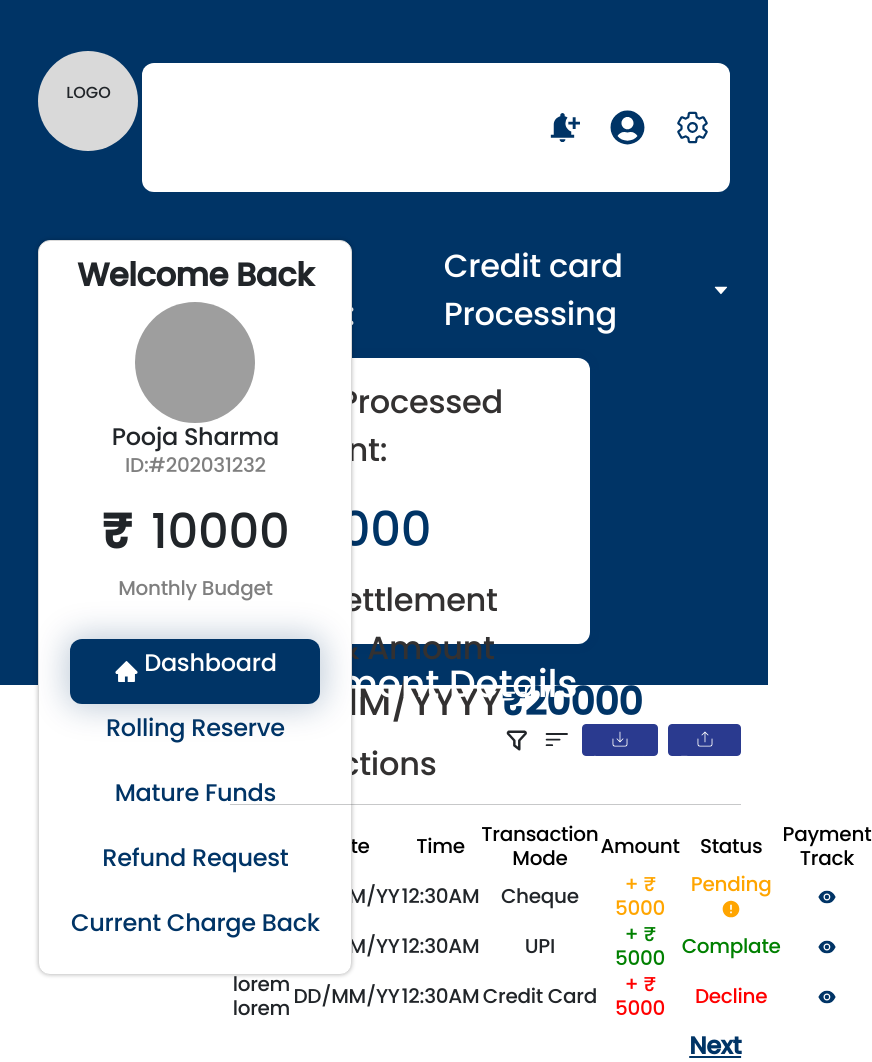
Repository: FlyweisReact/Prashant
Page: /dashboard
The author's editor kept a copy of each file at every save. The page is drawn from the files as they stood at one save, then again after the next save.
The browser window is 768 px wide. The page is 872 px wide, so the pictures cover 872 px, including what lies to the right of the window. The pictures show the whole page.
Pictures or frames that could not be fetched are drawn as grey boxes. Some web libraries are served in a nearby version. The project was rebuilt for these pictures with package versions that can differ from the ones it lists, and the page was loaded fresh each time. Also part of the build but not shown: src/Pages/CryptoPayment.jsx, src/Pages/CurrentCharge.jsx, src/Styles/Login.module.css, src/Components/Login/LoginFirstSection.jsx, src/Components/Login/LoginMainSection.jsx, src/Pages/Login.jsx, src/Pages/MatureFund.jsx, src/Pages/OpenBanking.jsx and 12 more.

Above is the page before, as saved 2023-03-23 16:42:03.

### public/index.html
<!DOCTYPE html>
<html lang="en">
  <head>
    <meta charset="utf-8" />
    <link rel="icon" href="%PUBLIC_URL%/favicon.ico" />
    <meta name="viewport" content="width=device-width, initial-scale=1" />
    <meta name="theme-color" content="#000000" />
    <meta
      name="description"
      content="Web site created using create-react-app"
    />
    <link rel="apple-touch-icon" href="%PUBLIC_URL%/logo192.png" />
    <link rel="manifest" href="%PUBLIC_URL%/manifest.json" />
    <title>React App</title>
  </head>
  <body>
    <noscript>You need to enable JavaScript to run this app.</noscript>
    <div id="root"></div>
  </body>
  <style>
    @import url("https://fonts.googleapis.com/css2?family=Lilita+One&family=PT+Sans&family=Poppins:wght@500&display=swap");
  </style>
  <script src="https://kit.fontawesome.com/b533b351e4.js" crossorigin="anonymous"></script>
</html>

### src/App.css
/** @format */

.App {
  text-align: center;
}

.App-logo {
  height: 40vmin;
  pointer-events: none;
}
.font-poppins {
  font-family: "Poppins";
}

@media (prefers-reduced-motion: no-preference) {
  .App-logo {
    animation: App-logo-spin infinite 20s linear;
  }
}

.App-header {
  background-color: #282c34;
  min-height: 100vh;
  display: flex;
  flex-direction: column;
  align-items: center;
  justify-content: center;
  font-size: calc(10px + 2vmin);
  color: white;
}

.App-link {
  color: #61dafb;
}

@keyframes App-logo-spin {
  from {
    transform: rotate(0deg);
  }
  to {
    transform: rotate(360deg);
  }
}

/* Media Query */
@media (max-width: 780px) {
  .Login_MainDiv__AWrd2 {
    display: block !important;
  }
  .Login_MainDiv__AWrd2 > div {
    width: 100% !important;
    height: 700px !important;
  }
  .Login_LoginMainSection__Yyq5T > div {
    width: 100% !important;
    border-radius: 0px !important;
    box-shadow: none !important;
  }

  .Register_RegisterMainDiv__Hok-C {
    display: block !important;
    width: 100% !important;
  }

  .Register_RegisterFirstSection__0bCb6 > p {
    text-align: center;
    display: block;
    width: 500px;
  }

  .myHr {
    max-width: 400px !important;
    margin: auto !important;
    display: block !important;
  }
  .smallImage {
    width: 100% !important;
  }
  .Register_RegisterMainDiv__Hok-C > div:first-child {
    width: 100% !important;
  }
  .Register_RegisterMainDiv__Hok-C > div:last-child {
    width: 100% !important;
  }
  .Register_InputBoxMain__6Dvtf {
    margin-left: 60px;
  }

  .Register_RegisterTitle__dGsqQ {
    justify-content: center;
  }

  .RegisterTwo_RegisterMainDiv__Oc9\+U {
    display: block !important;
  }
  .RegisterTwo_RegisterMainDiv__Oc9\+U > div:first-child {
    width: 100% !important;
  }

  .RegisterTwo_RegisterMainDiv__Oc9\+U > div:last-child {
    width: 100% !important;
  }

}

### src/Routes/AllRoutes.jsx
import React from "react";
import { Route, Routes } from "react-router-dom";
import { CryptoPayment } from "../Pages/CryptoPayment";
import { CurrentCharge } from "../Pages/CurrentCharge";
import { Dashboard } from "../Pages/Dashboard";
import { Login } from "../Pages/Login";
import { MatureFund } from "../Pages/MatureFund";
import { OpenBanking } from "../Pages/OpenBanking";
import { OtpPage } from "../Pages/OtpPage";
import { Profile } from "../Pages/Profile";
import { RefundRequest } from "../Pages/RefundRequest";
import { Register } from "../Pages/Register";
import { RegisterTwo } from "../Pages/RegisterTwo";
import { RollingReserve } from "../Pages/RollingReserve";

export const AllRoutes = () => {
  return (
    <Routes>
      <Route path="/" element={<Login />} />
      <Route path="/verify-otp" element={<OtpPage />} />
      <Route path="/dashboard" element={<Dashboard />} />
      <Route path="/register" element={<Register />} />
      <Route path="/detail-register" element={<RegisterTwo />} />
      <Route path="/profile" element={<Profile />} />
      <Route path="/rolling-reserve" element={<RollingReserve />} />
      <Route path="/mature-fund" element={<MatureFund />} />
      <Route path="/refund-request" element={<RefundRequest />} />
      <Route path="/current-charge" element={<CurrentCharge />} />
      <Route path="open-banking-service" element={<OpenBanking />} />
      <Route path="/crypto-payment-proccessing" element={<CryptoPayment />} />
    </Routes>
  );
};

### src/Components/Dashboard/UserInfoPopUp.jsx
/** @format */

import React, { useState } from "react";
import styles from "../../Styles/Dashboard.module.css";
import { MdNotificationAdd } from "react-icons/md";
import { FaUserCircle } from "react-icons/fa";
import { IoSettingsOutline } from "react-icons/io5";
import { useNavigate } from "react-router-dom";
import { NotificationModal } from "../Notification/NotificationModal";

export const UserInfoPopUp = () => {


  const [openModal, setOpenModal] = useState(false);
  const navigate = useNavigate();
  const HandleModal = () => {
    setOpenModal(!openModal);
  };
  return (
    <>
      <div className={styles.logoSection}>
        <div onClick={() => navigate("/dashboard")} className={styles.Logo}>
          <p>LOGO</p>
        </div>
        <NotificationModal openModal={openModal} HandleModal={HandleModal} />

        <div className={styles.InfoPanel}>
          <div>
            <MdNotificationAdd
              size={35}
              color="#003466"
              style={{ cursor: "pointer" }}
              onClick={HandleModal}
            />
            <FaUserCircle
              size={35}
              color="#003466"
              style={{ cursor: "pointer" }}
              onClick={() => navigate("/profile")}
            />
            <IoSettingsOutline
              size={35}
              color="#003466"
              style={{ cursor: "pointer" }}
            />
          </div>
        </div>
      </div>
    </>
  );
};

### src/Components/SideBar.jsx
import React from "react";
import { AiFillHome } from "react-icons/ai";
import { Link, useLocation } from "react-router-dom";
import styles from "../Styles/SideBar.module.css";
export const SideBar = () => {
  const { pathname } = useLocation();
  return (
    <div className={styles.SideBarMain}>
      <h1>Welcome Back</h1>
      <div>
        <div>
          <img
            src="https://th.bing.com/th/id/OIP.2i5UaEHaQM3PYAYXQyM1AAAAAA?pid=ImgDet&rs=1"
            alt="img"
          />
          <h1>Pooja Sharma</h1>
          <p>ID:#202031232</p>
          <div className={styles.TotalBudgetDiv}>
            <h1>&#x20b9;</h1>
            <h1>10000</h1>
          </div>
          <p>Monthly Budget</p>
        </div>
      </div>
      <div className={styles.LinkBox}>
        <Link to={"/dashboard"}>
          <div
            className={
              pathname === "/dashboard" ? styles.active : styles.unactive
            }
          >
            <AiFillHome size={25} />
            <p>Dashboard</p>
          </div>
        </Link>
        <Link to={"/rolling-reserve"}>
          <div
            className={
              pathname === "/rolling-reserve" ? styles.active : styles.unactive
            }
          >
            <p>Rolling Reserve</p>
          </div>
        </Link>
        <Link to={"/mature-fund"}>
          <div
            className={
              pathname === "/mature-fund" ? styles.active : styles.unactive
            }
          >
            <p>Mature Funds</p>
          </div>
        </Link>
        <Link to={"/refund-request"}>
          <div
            className={
              pathname === "/refund-request" ? styles.active : styles.unactive
            }
          >
            <p>Refund Request</p>
          </div>
        </Link>
        <Link to={"/current-charge"}>
          <div
            className={
              pathname === "/current-charge" ? styles.active : styles.unactive
            }
          >
            <p>Current Charge Back</p>
          </div>
        </Link>
      </div>
    </div>
  );
};

### src/Components/TotalAmountSection.jsx
import React from "react";
import styles from "../Styles/TotalAmountSection.module.css";
export const TotalAmountSection = () => {
  return (
    <div className={styles.MainDiv}>
      <h1>Total Processed Amount:</h1>
      <div className={styles.TotalBudgetDiv}>
        <h1>&#x20b9;</h1>
        <h1>10000</h1>
      </div>
      <h1>Last Settlement Date & Amount</h1>
      <div className={styles.DateSection}>
        <div>
          <p>DD/MM/YYYY</p>
          <h2>&#x20b9;{20000}</h2>
        </div>
      </div>
    </div>
  );
};

### src/Styles/Dashboard.module.css
/** @format */

.Main {
  width: 100%;
  height: 685px;
  background: #003466;
  position: relative;
}
.topDiv {
  width: 90%;
  margin: auto;
}
.logoSection {
  width: 100%;
  display: flex;
  align-items: center;
  justify-content: space-between;
}
.Logo {
  display: flex;
  cursor: pointer;
  justify-content: center;
  align-items: center;
  width: 135px;
  height: 135px;
  margin-top: 63px;
  background: #d9d9d9;
  border-radius: 50%;
}

.InfoPanel {
  margin-top: 63px;
  width: 85%;
  height: 129px;
  background: #ffffff;
  border-radius: 12px;
  display: flex;
  justify-content: flex-end;
  align-items: center;
}
.InfoPanel > div {
  display: flex;
  gap: 30px;
  margin: 20px;
}
.TotalAmountMainDiv {
  width: 100%;
  height: 500px;
  display: flex;
  justify-content: flex-end;
}
.TotalAmountMainDiv > div > p {
  font-family: "Poppins";
  font-style: normal;
  font-weight: 500;
  font-size: 38px;
  line-height: 60px;
  /* identical to box height */
  margin-top: 10px;
  letter-spacing: -0.28px;
  color: #ffffff;
}
.TotalAmountMainDiv > div {
  width: 72%;
  margin-top: 50px;
}
.TotalAmountMainDiv > div > div > p,
.TotalAmountMainDiv > div > div > div > p {
  font-family: "Poppins";
  font-style: normal;
  font-weight: 500;
  font-size: 32px;
  line-height: 48px;
  /* identical to box height */
  margin: 0;
  letter-spacing: -0.28px;

  color: #ffffff;
}
.TotalAmountMainDiv > div > div {
  display: flex;
  gap: 30px;
}
.TotalAmountMainDiv > div > div > div {
  display: flex;
  align-items: center;
  gap: 10px;
}
.TableMainSection {
  display: flex;
  justify-content: flex-end;
}
.TableMainSection > div {
  width: 70%;
}
.TableMainSection > div > div {
  width: 95%;
}
.TableTitle {
  display: flex;
  align-items: center;
  justify-content: space-between;
}
.TableTitle > h1 {
  font-family: "Poppins";
  font-style: normal;
  font-weight: 500;
  font-size: 32px;
  line-height: 48px;
  /* identical to box height */
  margin: 0;
  letter-spacing: -0.28px;

  color: #333131;
}
.TableTitle > div {
  display: flex;
  align-items: center;
  gap: 10px;
}
.TableTitle > div > button {
  /* width: 80px; */
  height: 32px;
  background: #2a3a8f;
  border: 1px solid #2a3a8f;
  border-radius: 4px;
  color: white;
  font-family: "Poppins";
  font-style: normal;
  font-weight: 400;
  font-size: 16px;
  cursor: pointer;
  line-height: 24px;
  /* margin: 0; */
}
.TableDiv {
  width: 100%;
}
.TableDiv > table {
  width: 100%;
}
.TableDiv > table tr th {
  text-align: center;

  font-family: "Poppins";
  font-style: normal;
  font-weight: 500;
  font-size: 20px;
  line-height: 24px;
  letter-spacing: -0.28px;

  color: #000000;
}
.TableDiv > table tr td {
  height: 40px;
  text-align: center;
  font-family: "Poppins";
  font-style: normal;
  font-weight: 400;
  font-size: 20px;
  line-height: 24px;
  letter-spacing: -0.28px;

  /* color: #272727; */
}
.pending {
  color: orange;
}
.decline {
  color: red;
}
.complate {
  color: green;
}
.NextLink {
  display: flex;
  justify-content: flex-end;
}
.NextLink > a {
  font-family: "Poppins";
  font-style: normal;
  font-weight: 600;
  font-size: 24px;
  line-height: 30px;
  /* identical to box height */
  margin-top: 10px;
  letter-spacing: -0.28px;
  text-decoration-line: underline;

  color: #003466;
}

@media (max-width: 780px) {
  .Logo {
    width: 100px;
    height: 100px;
    margin-top: 10px;
  }

}

### src/Components/CardProccessingModal.jsx
import React from "react";
import { MdOutlineClose } from "react-icons/md";
import { Link } from "react-router-dom";
import styles from "../Styles/CardProccessingModal.module.css";
export const CardProccessingModal = ({ OpenModal, HandleModal }) => {
  console.log(OpenModal);
  return (
    <div className={OpenModal ? styles.modalVisible : styles.modal}>
      <div className={styles.ModalMainDiv}>
        <MdOutlineClose
          onClick={() => HandleModal()}
          size={25}
          className={styles.CloseICon}
        />
        <div>
          <Link to={""}>Credit Card Processing</Link>
          <hr />
          <Link to={"/open-banking-service"}>Open Banking Service</Link>
          <hr />
          <Link to={"/crypto-payment-proccessing"}>
            Crypto payment processing
          </Link>
        </div>
      </div>
    </div>
  );
};

### src/Components/Notification/NotificationModal.jsx
import React from "react";
import { AiOutlineClose } from "react-icons/ai";
import styles from "../../Styles/Notification.module.css";
import { BsThreeDotsVertical } from "react-icons/bs";
export const NotificationModal = ({ openModal, HandleModal }) => {
  const data = [
    {
      img: "https://th.bing.com/th/id/OIP.2i5UaEHaQM3PYAYXQyM1AAAAAA?pid=ImgDet&rs=1",
      title: "Morem ipsum dolor sit amet, consectetur adipiscing elit.",
      desc: "Morem ipsum dolor sit amet, consectetur .",
      day: "yesterday",
      time: "10:30 AM",
    },
    {
      img: "https://th.bing.com/th/id/OIP.2i5UaEHaQM3PYAYXQyM1AAAAAA?pid=ImgDet&rs=1",
      title: "Morem ipsum dolor sit amet, consectetur adipiscing elit.",
      desc: "Morem ipsum dolor sit amet, consectetur .",
      day: "yesterday",
      time: "10:30 AM",
    },
    {
      img: "https://th.bing.com/th/id/OIP.2i5UaEHaQM3PYAYXQyM1AAAAAA?pid=ImgDet&rs=1",
      title: "Morem ipsum dolor sit amet, consectetur adipiscing elit.",
      desc: "Morem ipsum dolor sit amet, consectetur .",
      day: "yesterday",
      time: "10:30 AM",
    },
  ];
  return (
    <div className={openModal ? styles.modalVisible : styles.modal}>
      <div className={styles.ModalMainDiv}>
        <AiOutlineClose
          onClick={HandleModal}
          size={25}
          className={styles.CloseIcon}
        />
        <div className={styles.titleDiv}>
          <h1>Notification</h1>
          <BsThreeDotsVertical size={25} />
        </div>
        <hr style={{ height: "3px", background: "black" }} />
        <p>Today's</p>
        {data.map((ele) => (
          <>
            <div className={styles.NotificationDiv}>
              <div>
                <img src={ele.img} alt="img" />
              </div>
              <div>
                <h1>{ele.title}</h1>
                <p>{ele.desc}</p>
                <div>
                  <p>{ele.day}</p>
                  <span className={styles.Time}>{ele.time}</span>
                </div>
              </div>
            </div>
            <hr style={{ height: "2px", background: "grey" }} />
          </>
        ))}
      </div>
    </div>
  );
};

### src/Styles/SideBar.module.css
.SideBarMain{
    position: absolute;
    width: 314px;
/* height: 789px; */
left: 25%px;
top: 35%;
background: #FFFFFF;
border: 1px solid #D9D9D9;
box-shadow: 0px 0px 4px rgba(0, 0, 0, 0.25);
border-radius: 12px;
padding: 10px;
}
.SideBarMain>h1{
    text-align: center;
    font-family: 'Poppins';
font-style: normal;
font-weight: 700;
font-size: 32px;
margin-top: 5px;
letter-spacing: -0.28px;
}
.SideBarMain>div{
    width: 100%;
    display: flex;
    align-items: center;
    justify-content: center;
}
.SideBarMain>div>div{
    text-align: center;
}
.SideBarMain>div>div>img{
    width: 120px;
height: 121px;
    border-radius: 50%;
}
.SideBarMain>div>div>h1{
    font-family: 'Poppins';
font-style: normal;
font-weight: 500;
font-size: 24px;
letter-spacing: -0.28px;
}
.SideBarMain>div>div>p{
    font-family: 'Poppins';
font-style: normal;
margin-top: -10px;
font-weight: 300;
font-size: 20px;
line-height: 30px;
letter-spacing: -0.28px;
color: rgba(0, 0, 0, 0.5);
}
.TotalBudgetDiv{
    display: flex;
    align-items: center;
    gap: 20px;
    margin: 15px;
}
.TotalBudgetDiv>h1:first-child{
    font-family: 'Poppins';
font-style: normal;
font-weight: 700;
font-size: 48px;
line-height: 72px;
letter-spacing: -0.28px;
}
.TotalBudgetDiv>h1{
    font-family: 'Poppins';
    font-style: normal;
    font-weight: 500;
    font-size: 48px;
    line-height: 72px;
    margin: 0;
    letter-spacing: -0.28px;
}
.LinkBox{
    display: flex;
    flex-direction: column;
    margin-top: 20px;
}
.LinkBox>a{
    text-decoration: none;
}
.active{
    width: 250px;
    height: 65px;
    padding-left: 10px;
    padding-right: 10px;
    background: #003466;
    box-shadow: 0px 0px 32px 4px rgba(0, 52, 102, 0.25);
    border-radius: 12px;
    display: flex;
    color: white;
    justify-content: center;
    align-items: center;
    gap: 5px;

}
.unactive{
    width: 250px;
    height: 65px;
    display: flex;

    color:#003466;
    justify-content: center;
    align-items: center;
    gap: 5px;
}
.unactive,.active >p{
    font-family: 'Poppins';
font-style: normal;
font-weight: 500;
font-size: 24px;
line-height: 36px;
letter-spacing: -0.28px;
}

### src/Styles/TotalAmountSection.module.css
.MainDiv{
    display:flex;
    flex-direction: column;
    margin-top: 20px;
    width: 72%;
height: 286px;
background: #FFFFFF;
box-shadow: 0px 0px 10px rgba(0, 52, 102, 0.3);
border-radius: 12px;
}
.MainDiv>h1{
    font-family: 'Poppins';
    font-style: normal;
    font-weight: 500;
    font-size: 32px;
    line-height: 48px;
    letter-spacing: -0.28px;
    color: #333131;
    margin: 20px;
}
.TotalBudgetDiv{
    display: flex;
    align-items: center;
    gap: 30px;
    margin-left: 20px;
  margin-top: -30px;
  margin-bottom: -40px;
}
.TotalBudgetDiv>h1:first-child{
    font-family: 'Poppins';
font-style: normal;
font-weight: 700;
margin: 0;
font-size: 50px;
line-height: 72px;
letter-spacing: -0.28px;
color: #003466;
}
.TotalBudgetDiv>h1{
    font-family: 'Poppins';
    font-style: normal;
    font-weight: 500;
    font-size: 48px;
    line-height: 72px;
    margin: 0;
    letter-spacing: -0.28px;
    color: #003466;
}
.DateSection>div{
    width: 80%;
    margin-top: -50px;
    /* background-color: rebeccapurple; */
    display: flex;
    justify-content: space-between;
    align-items: center;
    margin-left: 20px;
}
.DateSection>div>p{
   font-family: 'Poppins';
font-style: normal;
font-weight: 500;
font-size: 38px;
line-height: 60px;
/* identical to box height */
margin: 0;
letter-spacing: -0.28px;
color: #333131;
}
.DateSection>div>h2{
    margin: 0;
    font-family: 'Poppins';
font-style: normal;
font-weight: 600;
font-size: 38px;
line-height: 60px;
letter-spacing: -0.28px;
color: #003466;
}

### src/Styles/CardProccessingModal.module.css
.modal{
    display: none;
  position: fixed;
  z-index: 1;
  left: 0%;
  top: 0;
  width: 100%;
  height: 100%;
  overflow: auto;
  background-color: rgb(0,0,0);
  background-color: rgba(0,0,0,0.4);
}
.modalVisible{
    display :block;
    position: fixed;
    z-index: 1;
    left: 0%;
    top: 0;
    width: 100%;
    height: 100%;
    /* margin-bottom: 20px; */
    overflow: auto;
    background-color: rgb(0,0,0);
    background-color: rgba(0,0,0,0.4);
}
.CloseICon{
    position: absolute;
    right: 3%;
    top: 5%;
    cursor: pointer;
}
.MainTitle{
    display: flex;
    border: 1px solid blue;
}
.ModalMainDiv{
    position:absolute;
    margin: auto;
    /* width: 435px; */
height: 221px;
background: #FFFFFF;
border-radius: 4px;

    top: 38%;
    left: 60%;

}
.ModalMainDiv>div{
    margin: 30px;
}
.ModalMainDiv>div>a{
    text-decoration: none;
    height: 50px;
    font-family: 'Poppins';
font-style: normal;
font-weight: 500;
font-size: 32px;
line-height: 40px;
letter-spacing: -0.28px;

color: #333333;
}

### src/Styles/Notification.module.css
.modal{
    display: none;
  position: fixed;
  z-index: 1;
  left: 0%;
  top: 0;
  width: 100%;
  height: 100%;
  overflow: auto;
  background-color: rgb(0,0,0);
  background-color: rgba(0,0,0,0.4);
}
.modalVisible{
    display :block;
    position: fixed;
    z-index: 1;
    left: 0%;
    top: 0;
    width: 100%;
    height: 100%;
    overflow: auto;
    background-color: rgb(0,0,0);
    background-color: rgba(0,0,0,0.4);
}
.ModalMainDiv{
    position:absolute;
    margin: auto;
    top: 20%;
    right: 15%;
    padding: 30px;
    width: 519px;
/* height: 811px; */
background: #FFFFFF;


}

.CloseIcon{

    position: absolute;
    right: 2%;
    top: 2%;
    cursor: pointer;
}

.ModalMainDiv>button{
height: 64px;
display: block;
width: 360px;
margin: auto;
margin-top: 50px;
background: #2A3A8F;
border-radius: 16px;
border: none;
font-family: 'Poppins';
font-style: normal;
font-weight: 700;
font-size: 20px;
line-height: 30px;
cursor: pointer;
color: white;
}

.titleDiv{
    margin-top: 5px;
    display: flex;
    align-items: center;
    justify-content: space-between;
}
.titleDiv>h1{

font-family: 'Poppins';
font-style: normal;
font-weight: 500;
font-size: 24px;
line-height: 18px;
letter-spacing: -0.28px;
color: #000000;
}
.ModalMainDiv>p{
    font-family: 'Poppins';
font-style: normal;
font-weight: 500;
font-size: 20px;
line-height: 18px;
letter-spacing: -0.28px;
color: #000000;

}
.NotificationDiv{
    display: flex;
align-items: center;
gap: 20px;
}
.NotificationDiv>div>img{
    width: 60px;
height: 60px;
border-radius: 50%;
}
.NotificationDiv>div>h1{
    font-family: 'Poppins';
font-style: normal;
font-weight: 400;
font-size: 16px;
line-height: 18px;
letter-spacing: -0.28px;
width: 70%;
}
.NotificationDiv>div>p{
    font-family: 'Poppins';
font-style: normal;
font-weight: 300;
font-size: 10px;
line-height: 18px;
letter-spacing: -0.28px;

color: rgba(0, 0, 0, 0.5);
}
.NotificationDiv>div>div{
    display: flex;
    justify-content: space-between;
    align-items: center;
}
.NotificationDiv>div>div>p{
    font-family: 'Poppins';
font-style: normal;
font-weight: 400;
font-size: 12px;
line-height: 18px;
letter-spacing: -0.28px;
margin: 0;
color: rgba(0, 0, 0, 0.5);
}
.Time{
    font-family: 'Poppins';
    font-style: normal;
    font-weight: 400;
    font-size: 12px;
    line-height: 18px;
    letter-spacing: -0.28px;
    color:  #003466;
}

Loaded but not shown: src/index.css (common file); src/reportWebVitals.js (common file); src/index.js (18 lines, source omitted); src/App.js (13 lines, source omitted); src/Pages/Dashboard.jsx (184 lines, source omitted); src/Components/PaymentPendingModal.jsx (96 lines, source omitted); src/Styles/PaymentPendingModal.module.css (195 lines, source omitted); src/Styles/DeclineModal.module.css (195 lines, source omitted); src/Components/DeclineModal.jsx (90 lines, source omitted)

After the next save:
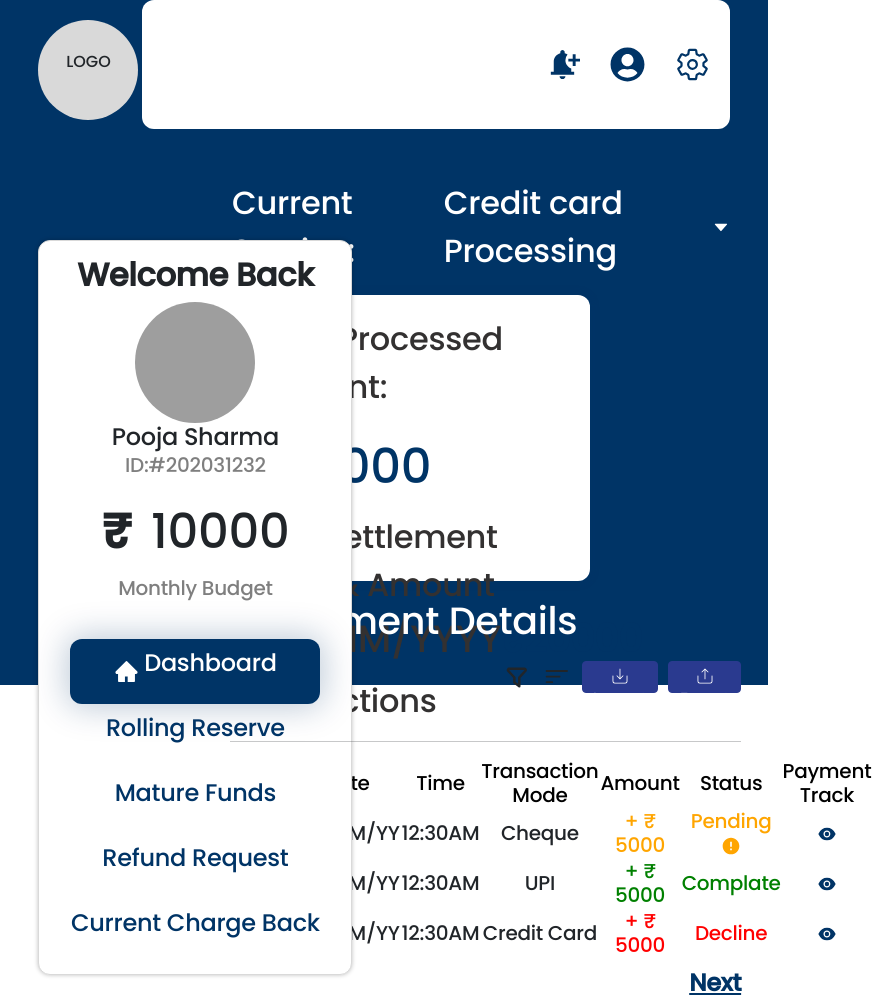
Saved 12 s later.
--- a/src/Styles/Dashboard.module.css
+++ b/src/Styles/Dashboard.module.css
@@ -196,5 +196,7 @@
     height: 100px;
     margin-top: 10px;
   }
-
-}
+  .InfoPanel{
+    margin-top: 0;
+  }
+}
